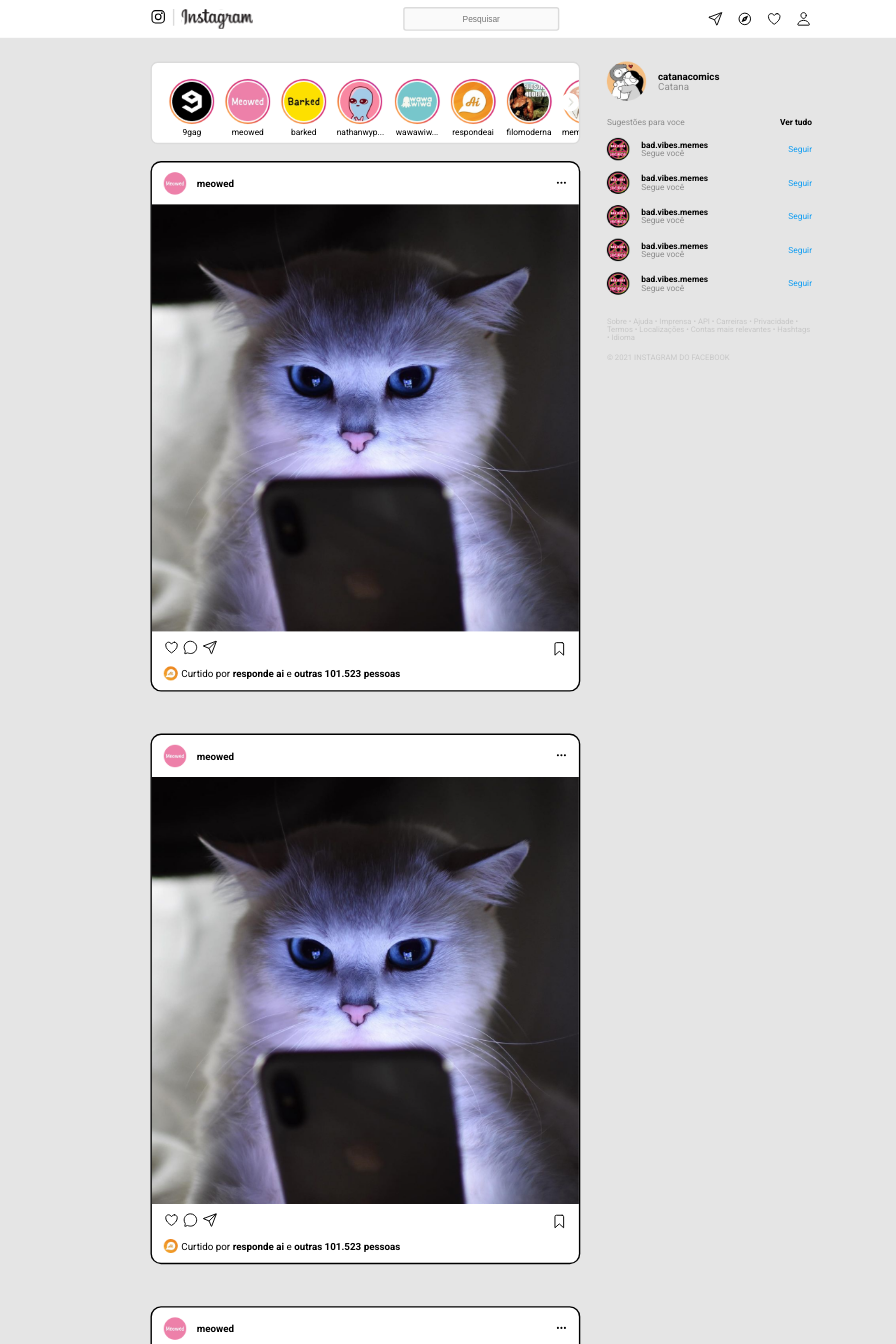
Repository: Zezinoo/proj-2-instagram-clone
Page: index.html
The author's editor kept a copy of each file at every save. The page is drawn from the files as they stood at one save, then again after the next save.
The browser window is 1280 px wide. The pictures show the part of the page from y = 0 to 1920 px (the page is 2684 px tall), at 70% of full size.
Some web libraries are served in a nearby version.

Above is the page before, as saved 2022-06-05 04:38:13.

After the next save:
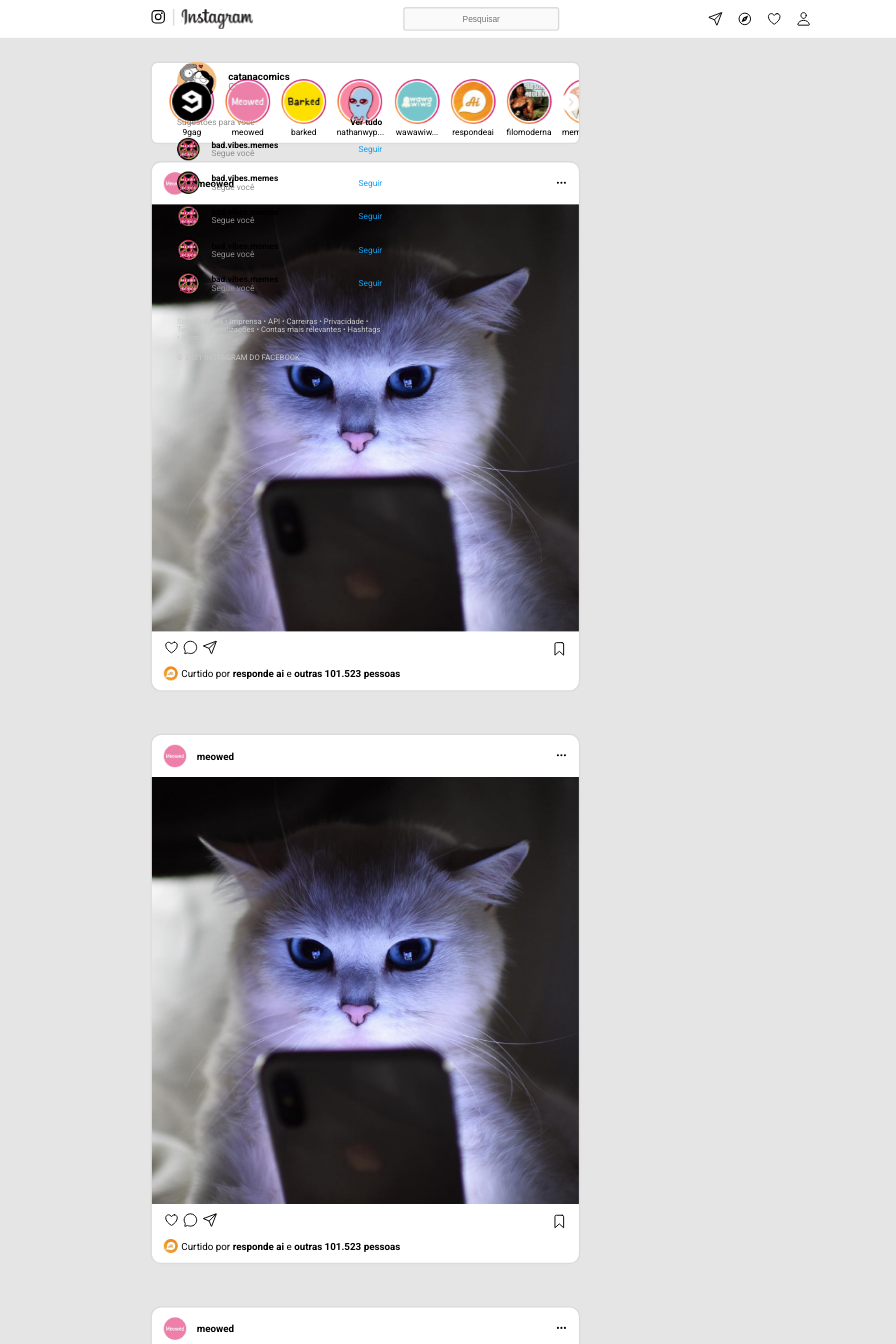
Saved 12 min 53 s later.
--- a/style.css
+++ b/style.css
@@ -161,7 +161,7 @@
     display: flex;
     flex-direction: column;
     width: 614px;
-    border: 2px solid ;
+    border: 2px solid #DBDBDB;
     border-radius: 15px;
     box-sizing: border-box;
     margin-bottom: 60px;
@@ -238,6 +238,7 @@
     width: 293px;
     height: 100%;
     box-sizing: border-box;
+    position: fixed;
 }
 
 .sidebar .user{
@@ -335,7 +336,6 @@
 
 .medium-logo{
     width: 10px;
-    background-color: #139EF2;
     display:flex;
     flex-basis: content;
     align-items: flex-start;
@@ -347,9 +347,6 @@
     height: 22px;
     margin: 0 10px;
     border:1px solid #DBDBDB;
-}
-.medium-search-bar{
-    background-color: green;
 }
 
 .medium-search-bar input{
